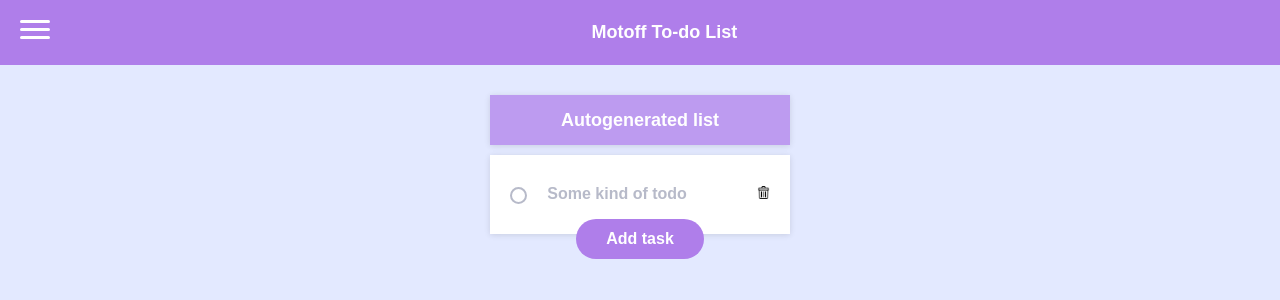
Repository: Amad-Mlinka/Todo-List-Vanilla-JS
Page: index.html
These files come from the project's save history. The page is drawn as it stood at one moment and after the next save; the edit follows.
The browser window is 1280 px wide. The pictures show the whole page.

Above is the page before, as saved 2021-09-15 02:47:07.
Console error: TypeError: Cannot read properties of undefined (reading 'forEach')

After the next save:
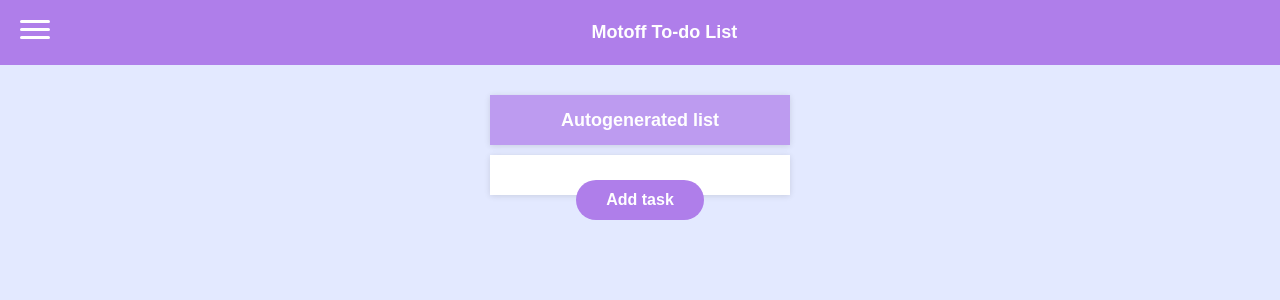
The error is gone.
Saved 44 s later.
--- a/script.js
+++ b/script.js
@@ -56,7 +56,9 @@ document.addEventListener("DOMContentLoaded", async function () {
     })
     console.log("Hamburger loaded");
 
-    var todoList=document.getElementById("autogenerated").querySelector(".todoData");
+    var todosUl = document.getElementById("autogenerated").querySelector(".todoData");
+    todosUl.innerHTML = '';
+
     todoList.todos.forEach(function(todo, position) {
         var todoLi = document.createElement('li');
         var todoTextWithCompletion = '';
